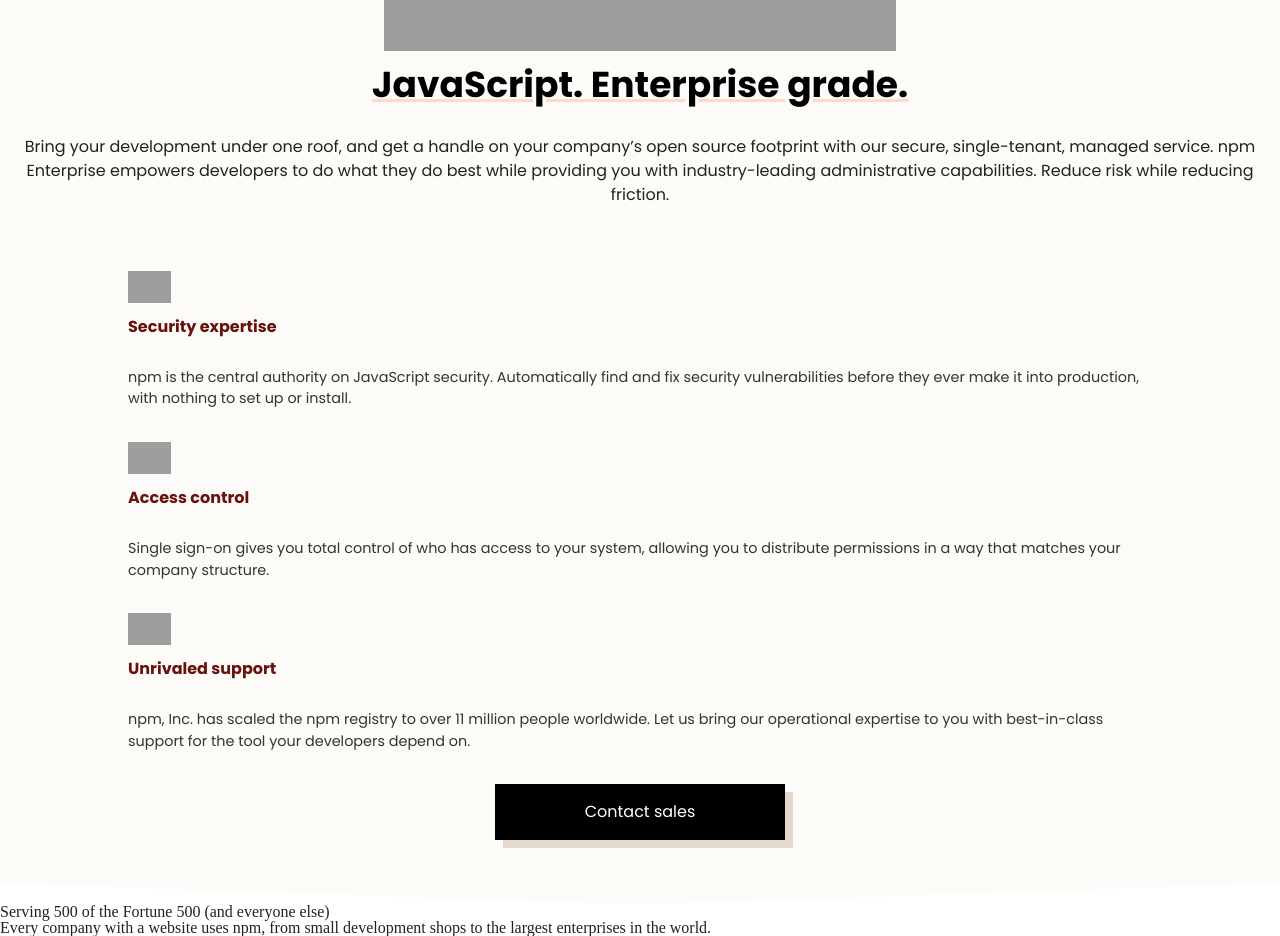
Repository: MarilynCuore/Ejercicico4
Page: index.html
The author's editor kept a copy of each file at every save. The page is drawn from the files as they stood at one save, then again after the next save.
The browser window is 1280 px wide. The pictures show the part of the page from y = 2885 to 3837 px (the page is 3821 px tall before and 3837 px after).
Pictures or frames that could not be fetched are drawn as grey boxes. Some web libraries are served in a nearby version. The style sheet was rebuilt from its Sass, Less or Tailwind sources for each picture, by a compiler version that may differ from the author's.

Above is the page before, as saved 2019-05-26 23:14:43.

### index.html
<!DOCTYPE html>
<html lang="en">

<head>
    <meta charset="UTF-8">
    <meta name="viewport" content="width=device-width, initial-scale=1.0">
    <meta http-equiv="X-UA-Compatible" content="ie=edge">
    <title>Document</title>
    <link rel="stylesheet" href="./styles/styles.css">
    <link rel="stylesheet" href="./styles/reset.css">
    <link rel="stylesheet" href="https://use.fontawesome.com/releases/v5.8.2/css/all.css"
        integrity="sha384-oS3vJWv+0UjzBfQzYUhtDYW+Pj2yciDJxpsK1OYPAYjqT085Qq/1cq5FLXAZQ7Ay" crossorigin="anonymous">
</head>

<body>
    <!-- Header -->
    <header>
        <!-- Gradient -->
        <div class="gradient"></div>
        <nav class="main-nav">
            <!-- Menu -->
            <div class="principal-nav">
                <ul>
                    <li>❤</li>
                    <li><a href="">NaN producing Misery</a></li>
                </ul>
                <ul>
                    <li><a href="">npm Enterprise</a></li>
                    <li><a href="">Products</a></li>
                    <li><a href="">Solutions</a></li>
                    <li><a href="">Resources</a></li>
                    <li><a href="">Docs</a></li>
                    <li><a href="">Support</a></li>
                </ul>
            </div>
            <!-- Menu 2-->
            <div class="second-nav">
                <div class="logo">
                    <a href="">
                        <img src="./src/npmlogo.png" alt="">
                    </a>
                </div>
                <div class="login">
                    <a>Join</a>
                    <a>Log in</a>
                </div>
                <div class="search">
                    <input type="text" placeholder="Search packages">
                    <button>Search</button>
                </div>
            </div>
        </nav>
    </header>

    <!-- Section 1 -->
    <section class="principal-section">
        <div class="content-principal-section">
            <h1>Build amazing things</h1>
            <span>Essential JavaScript development tools that help you go to market faster and build powerful
                applications
                using modern open source code.</span>
        </div>
        <div class="action-principal-section">
            <a href="">See plans</a>
            <a href="">Join for free</a>
        </div>
    </section>

    <!-- Section 2 -->
    <section class="second-section">
        <div class="bg-image"></div>
        <div class="text-conten-second-section">
            <h2>Bring the best of open source to your company</h2>
            <p>npm is the tool used by over 11,000,000 JavaScript developers around the world. Your developers already
                use it. Your company depends on it. Create an Org and get more out of the tools your team already knows
                and loves.</p>
        </div>
    </section>

    <!-- Section 3 -->
    <section class="third-section">
        <article>
            <img src="https://static.npmjs.com/attachments/cjsdu28lz00nmph74dpr1pju0-zero-configuration.svg" alt="">
            <h3>Zero configuration</h3>
            <p>Create an org, add your team, and start collaborating. Nothing to configure, set up, or manage.</p>
        </article>
        <article>
            <img src="https://static.npmjs.com/attachments/cjsdu28r921djsp74bnt4i9t5-team-management.svg" alt="">
            <h3>Team management</h3>
            <p>Control who has access to what modules within your team namespace using straightforward team management
                capabilities.</p>
        </article>
        <article>
            <img src="https://static.npmjs.com/attachments/cjsdu27ac21d4u674dz9uoaoq-feature-parity.svg" alt="">
            <h3>Familiar features</h3>
            <p>npm Orgs has 100% parity with all the public npm registry features your developers already use.</p>
        </article>
        <article>
            <img src="https://static.npmjs.com/attachments/cjsdu28xd21her174xt02voit-npm-audit.svg" alt="">
            <h3>npm audit</h3>
            <p>Enjoy the security auditing features built into the npm client, a zero-friction way to make open source
                software safer.</p>
        </article>
        <div class="actions">
            <a href="">Create an Org</a>
        </div>
    </section>

    <!-- Section 4 -->
    <section class="section-four">
        <h1>npm enterprise</h1>
        <span>
            You need to get quality products to market fast but you also need enterprise-grade security and compliance.
            Speed up development while also upgrading to the most advanced tooling in JavaScript, from the trusted
            authorities on JavaScript package management.
        </span>
        <div class="action">
            <a href="">
                Learn more
            </a>
        </div>
    </section>

    <!-- Section 5 -->
    <section class="section-five">
        <div class="section-five-image"></div>
        <h1>JavaScript. Enterprise grade.</h1>
        <p>
            Bring your development under one roof, and get a handle on your company’s open source footprint with our
            secure, single-tenant, managed service. npm Enterprise empowers developers to do what they do best while
            providing you with industry-leading administrative capabilities. Reduce risk while reducing friction.
        </p>
        <div class="wrapper-section-five">
            <article>
                <img src="https://static.npmjs.com/attachments/cjsdu296u21dqu674wpwkzma0-security.svg" alt="">
                <h3>Security expertise</h3>
                <p>
                    npm is the central authority on JavaScript security. Automatically find and fix security
                    vulnerabilities before they ever make it into production, with nothing to set up or install.
                </p>
            </article>
            <article>
                <img src="https://static.npmjs.com/attachments/cjsdu28j721dou6741qpg638f-manage-team.svg" alt="">
                <h3>Access control</h3>
                <p>
                    Single sign-on gives you total control of who has access to your system, allowing you to distribute
                    permissions in a way that matches your company structure.
                </p>
            </article>
            <article>
                <img src="https://static.npmjs.com/attachments/cjsdu27au21gwr1749d0zpjid-fully-managed.svg" alt="">
                <h3>Unrivaled support</h3>
                <p>
                    npm, Inc. has scaled the npm registry to over 11 million people worldwide. Let us bring our
                    operational expertise to you with best-in-class support for the tool your developers depend on.
                </p>
            </article>
            <div class="action-section-five">
                <a href="">Contact sales</a>
            </div>
        </div>
    </section>

    <!-- Section 6 -->
    <section class="section-six">
        <span>Serving 500 of the Fortune 500 (and everyone else)</span>
        <p>Every company with a website uses npm, from small development shops to the largest enterprises in the world.
        </p>

    </section>
</body>

</html>

### styles/styles.scss
/* Fonts */
@import url("https://fonts.googleapis.com/css?family=Poppins:500,700&display=swap");
@import url("https://fonts.googleapis.com/css?family=Inconsolata:400,700&display=swap");
@import url("https://fonts.googleapis.com/css?family=Poppins:300&display=swap");
@import url("https://fonts.googleapis.com/css?family=Poppins&display=swap");
/* Variable */

/* Fonts */
$font: "Inconsolata", monospace;
$font2: "Poppins", sans-serif;
/* Colors */
$pink: #fb3e44;
$dark-red: #68120e;
$lighter-grey: rgba(0, 0, 0, 0.05);
$grey: rgba(0, 0, 0, 0.7);
$grey-background: rgba(232, 217, 217, 0.3);
$yellow: rgba(255, 204, 53, 0.4);
$yellowTwo: #f1c131;

/* all Inputs */
::-webkit-input-placeholder {
  color: #555;
  font-family: $font;
  padding-left: 0.5rem;
}
::-moz-placeholder {
  color: #555;
  font-family: $font;
  padding-left: 0.5rem;
} /* firefox 19+ */
:-ms-input-placeholder {
  color: #555;
  font-family: $font;
  padding-left: 0.5rem;
} /* ie */
input:-moz-placeholder {
  color: #555;
  font-family: $font;
  padding-left: 0.5rem;
}
/* Mobile Version */
header {
  overflow: hidden;
  box-shadow: 0 4px 13px -3px rgba(0, 0, 0, 0.10196);
  /* Gradient */
  .gradient {
    width: 100vw;
    height: 5px;
    background: rgba(255, 134, 41, 1);
    background: -moz-linear-gradient(
      left,
      rgba(255, 134, 41, 1) 0%,
      rgba(255, 98, 26, 1) 20%,
      rgba(224, 59, 26, 1) 37%,
      rgba(214, 52, 29, 1) 46%,
      rgba(196, 41, 33, 1) 61%,
      rgba(201, 44, 122, 1) 79%,
      rgba(216, 54, 252, 1) 100%
    );
    background: -webkit-gradient(
      left top,
      right top,
      color-stop(0%, rgba(255, 134, 41, 1)),
      color-stop(20%, rgba(255, 98, 26, 1)),
      color-stop(37%, rgba(224, 59, 26, 1)),
      color-stop(46%, rgba(214, 52, 29, 1)),
      color-stop(61%, rgba(196, 41, 33, 1)),
      color-stop(79%, rgba(201, 44, 122, 1)),
      color-stop(100%, rgba(216, 54, 252, 1))
    );
    background: -webkit-linear-gradient(
      left,
      rgba(255, 134, 41, 1) 0%,
      rgba(255, 98, 26, 1) 20%,
      rgba(224, 59, 26, 1) 37%,
      rgba(214, 52, 29, 1) 46%,
      rgba(196, 41, 33, 1) 61%,
      rgba(201, 44, 122, 1) 79%,
      rgba(216, 54, 252, 1) 100%
    );
    background: -o-linear-gradient(
      left,
      rgba(255, 134, 41, 1) 0%,
      rgba(255, 98, 26, 1) 20%,
      rgba(224, 59, 26, 1) 37%,
      rgba(214, 52, 29, 1) 46%,
      rgba(196, 41, 33, 1) 61%,
      rgba(201, 44, 122, 1) 79%,
      rgba(216, 54, 252, 1) 100%
    );
    background: -ms-linear-gradient(
      left,
      rgba(255, 134, 41, 1) 0%,
      rgba(255, 98, 26, 1) 20%,
      rgba(224, 59, 26, 1) 37%,
      rgba(214, 52, 29, 1) 46%,
      rgba(196, 41, 33, 1) 61%,
      rgba(201, 44, 122, 1) 79%,
      rgba(216, 54, 252, 1) 100%
    );
    background: linear-gradient(
      to right,
      rgba(255, 134, 41, 1) 0%,
      rgba(255, 98, 26, 1) 20%,
      rgba(224, 59, 26, 1) 37%,
      rgba(214, 52, 29, 1) 46%,
      rgba(196, 41, 33, 1) 61%,
      rgba(201, 44, 122, 1) 79%,
      rgba(216, 54, 252, 1) 100%
    );
    filter: progid:DXImageTransform.Microsoft.gradient( startColorstr='#ff8629', endColorstr='#d836fc', GradientType=1 );
  }
}

/* Main Nav */
.main-nav {
  display: flex;
  flex-direction: column;
  justify-content: center;
  background-color: white;
  /* Top  Nav */
  .principal-nav {
    display: flex;
    width: 100%;
    padding-left: 0.5rem;
    justify-content: space-between;
    padding-top: 0.25rem;
    padding-bottom: 0.4rem;
    border-bottom: solid 0.2px #e0e0e0;
    ul {
      display: flex;
      &:first-child {
        display: none;
      }
      li {
        flex-grow: 1;
        padding-right: 0.5rem;
        display: block;
        a {
          text-decoration: none;
          color: black;
          font-family: $font;
          font-weight: 500;
          text-decoration: none;
          font-size: 0.8rem;
        }
      }
    }
  }

  /* Second  Nav */
  .second-nav {
    display: flex;
    flex-wrap: wrap;
    .logo {
      width: 50%;
      padding-bottom: 1rem;
      a {
        img {
          padding-left: 0.5rem;
          padding-top: 0.5rem;
          width: 80px;
        }
      }
    }
    .login {
      width: 50%;
      font-family: $font2;
      color: $grey;
      text-align: right;
      padding-top: 0.7rem;
      a {
        padding-left: 0.5rem;
        font-size: 0.8rem;
        &:nth-of-type(1) {
          border: 1px solid #9a9a9a;
          padding: 5px;
        }
        &:nth-of-type(2) {
          padding-right: 0.5rem;
        }
      }
    }
    .search {
      border-top: solid 0.2px #e0e0e0;
      padding-left: 0.5rem;
      padding-top: 0.5rem;
      padding-bottom: 0.5rem;
      width: 100%;
      input {
        background-color: $lighter-grey;
        border: none;
        width: calc(100% - 25%);
        height: 40px;
        box-sizing: border-box;
      }
      button {
        width: 23%;
        background-color: $pink;
        border: none;
        color: white;
        height: 40px;
        box-sizing: border-box;
        font-family: $font;
        font-size: 0.875rem;
        padding-bottom: 0px;
      }
    }
  }
}

/* Principal Section */
.principal-section {
  background-color: $grey-background;
  height: calc(100vh - 120px);
  display: flex;
  flex-direction: column;
  align-items: center;
  .content-principal-section {
    display: flex;
    flex-direction: column;
    height: 50%;
    justify-content: center;
    text-align: center;
    max-width: 95%;
    h1 {
      font-size: 2.25rem;
      font-family: $font2;
      font-weight: bold;
      padding-bottom: 1rem;
    }
    span {
      font-family: $font2;
      font-size: 1.25rem;
      font-weight: 300;
    }
  }
  .action-principal-section {
    display: flex;
    flex-direction: column;
    justify-content: center;
    a {
      padding: 20px;
      min-width: 250px;
      text-align: center;
      font-family: $font2;
      font-weight: bold;
      &:nth-of-type(1) {
        background-color: $pink;
        box-shadow: 8px 8px 0 rgba(251, 59, 73, 0.2);
        color: white;
        text-decoration: none;
        margin-bottom: 2rem;
      }
      &:nth-of-type(2) {
        background-color: white;
        text-decoration: none;
        color: black;
        height: 16px;
      }
    }
  }
}
/* Second Section */
.second-section {
  height: 100vh;
  .bg-image {
    height: 50vh;
    background-image: url("https://static.npmjs.com/attachments/cjsdu27d721czsp74i05n4iey-best-open.svg");
    background-repeat: no-repeat;
    background-size: 50%;
    background-position: center;
  }
  .text-conten-second-section {
    max-width: 95%;
    height: 50vh;
    text-align: center;
    h2 {
      text-decoration: underline;
      text-decoration-color: $yellow;
      font-family: $font;
      font-weight: bold;
      font-size: 2.25rem;
      padding-bottom: 2rem;
    }
    p {
      font-size: 1rem;
      line-height: 1.5;
      font-family: $font;
    }
  }
}

/* Third Section */
.third-section {
  margin: 0 auto;
  max-width: 80%;
  article {
    img {
      width: 32px;
    }
    h3 {
      font-size: 1rem;
      margin-top: 1rem;
      font-family: $font2;
      color: $pink;
      margin-bottom: 700;
      font-weight: bold;
      padding-bottom: 1.5rem;
    }
    p {
      color: #333;
      font-family: $font2;
      font-weight: 400;
      line-height: 1.5;
      font-size: 0.9rem;
      margin-bottom: 4rem;
    }
  }
  .actions {
    width: 100%;
    display: flex;
    justify-content: center;
    padding-bottom: 3.5rem;

    a {
      margin-top: 2rem;
      font-size: 1rem;
      color: white;
      background: black;
      min-width: 250px;
      font-family: $font2;
      font-weight: bold;
      text-decoration: none;
      padding: 20px;
      text-align: center;
      box-shadow: 8px 8px 0 rgba(128, 83, 35, 0.2);
    }
  }
}
.section-four {
  background: url(https://static.npm.red/attachments/cjsdqox9k0kgel1beo12x4x6e-line-final.full.png),
    radial-gradient(farthest-corner ellipse, #580f0b 22%, #120707 100%);
  min-height: 25rem;
  h1 {
    margin: 0 auto;
    max-width: 80%;
    font-size: 2.25rem;
    letter-spacing: 0.1em;
    font-weight: 600;
    color: $yellowTwo;
    font-family: $font;
    padding-top: 6rem;
  }
  span {
    margin: 0 auto;
    max-width: 80%;
    font-size: 1.25rem;
    line-height: 1.5;
    font-family: $font;
    color: $yellowTwo;
    font-family: $font;
    text-align: center;
    display: block;
    padding-top: 3rem;
  }
  .action {
    padding-top: 4rem;
    display: flex;
    justify-content: center;
    padding-bottom: 4rem;
    a {
      padding: 1.25rem;
      min-width: 15.625rem;
      text-align: center;
      color: black;
      text-decoration: none;
      background-color: $yellowTwo;
      box-shadow: 8px 8px 0 rgba(241, 193, 49, 0.2);
      font-family: $font;
      position: relative;
      &:after {
        font-family: "Font Awesome 5 Free";
        content: "\f105";
        display: inline-block;
        font-size: 1.25rem;
        color: black;
        padding-left: 0.62rem;
        position: absolute;
        font-weight: 900;
      }
    }
  }
}
.section-five {
  clip-path: polygon(0 0, 100% 0, 100% 98%, 50% 100%, 0 98%);
  background: #fdfbf7;
  .section-five-image {
    background-image: url("https://static.npmjs.com/attachments/cjsbzwq57u0jxtc74vglc8ff9-gak-only.full.png");
    background-repeat: no-repeat;
    background-size: 40%;
    background-position: center;
    height: 30vh;
  }
  h1 {
    text-decoration: underline;
    text-decoration-color: rgba(251, 82, 40, 0.2);
    font-size: 2.25rem;
    font-weight: 600;
    color: black;
    font-family: $font2;
    text-align: center;
    padding-bottom: 2rem;
    padding-top: 1rem;
  }
  p {
    line-height: 1.5;
    font-weight: 400;
    font-family: $font2;
    text-align: center;
    font-size: 1rem;
  }
  .wrapper-section-five {
    margin: 0 auto;
    max-width: 80%;
    padding-left: 1rem;
    padding-right: 1rem;
    padding-top: 4rem;
    padding-bottom: 4rem;
    article {
      &:nth-of-type(1) {
        img {
          padding-top: 0;
        }
      }
      img {
        height: 2rem;
        padding-top: 2rem;
      }
      h3 {
        margin-top: 1rem;
        margin-bottom: 2rem;
        font-weight: 700;
        color: $dark-red;
        font-family: $font2;
      }
      p {
        font-weight: 400;
        font-family: $font2;
        line-height: 1.5;
        font-size: 0.9rem;
        color: #333;
        text-align: left;
      }
    }
  }
  .action-section-five {
    display: flex;
    justify-content: center;
    padding-top: 2rem;
    a {
      padding: 1.25rem;
      min-width: 15.625rem;
      text-align: center;
      color: white;
      text-decoration: none;
      background-color: black;
      box-shadow: 8px 8px 0 rgba(128, 83, 35, 0.2);
      font-family: $font2;
    }
  }
}

/*Media Query*/
@media only screen and (min-width: 960px) {
  .principal-nav {
    ul {
      &:first-child {
        display: inline-block;
      }
    }
  }
  .principal-section {
    .action-principal-section {
      flex-direction: row;
      a {
        &:nth-of-type(1) {
          margin-right: 3rem;
        }
      }
    }
  }
}

Loaded but not shown: styles/reset.css (common file)

After the next save:
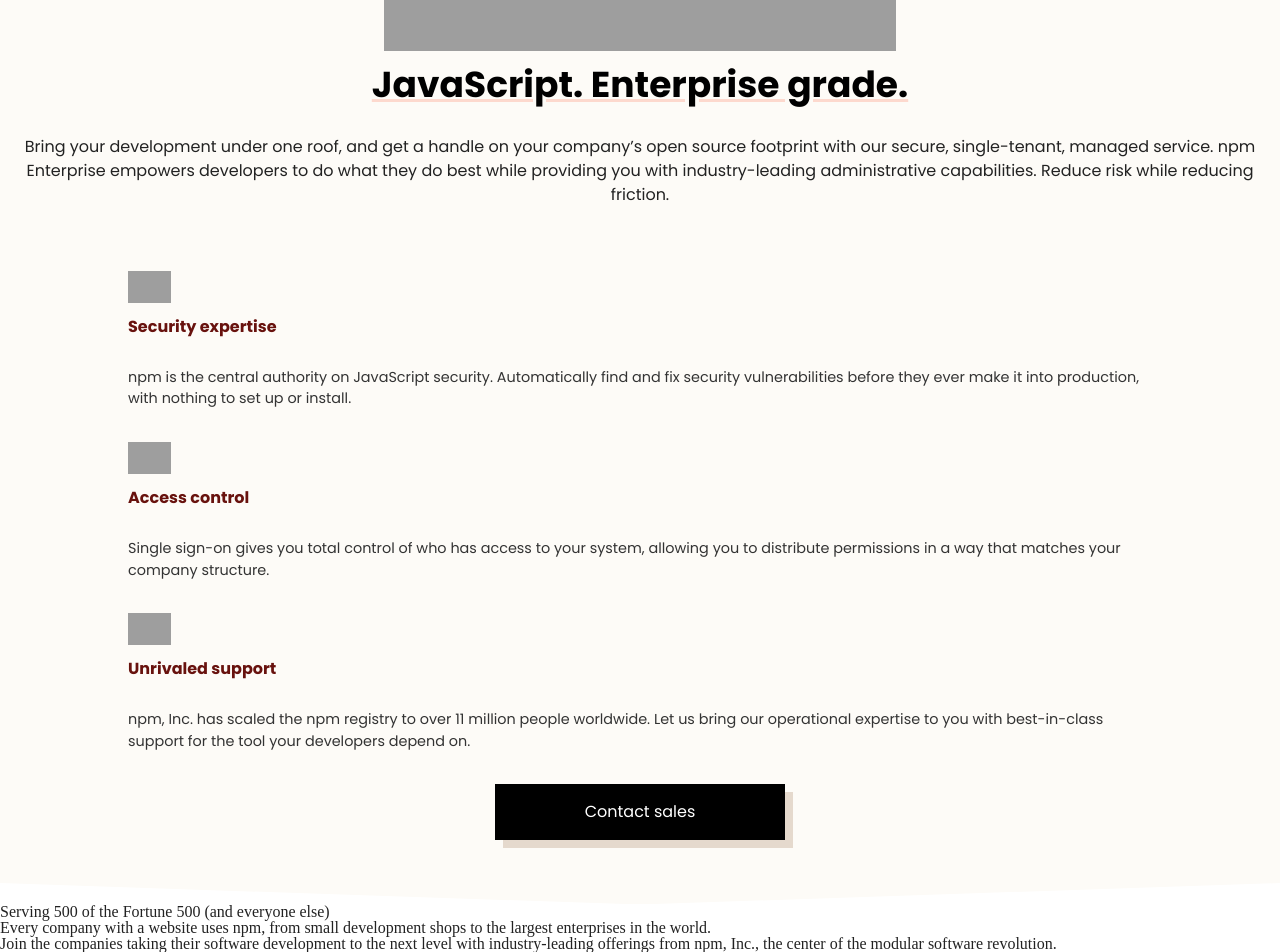
Saved 29 s later.
--- a/index.html
+++ b/index.html
@@ -166,6 +166,9 @@
         <span>Serving 500 of the Fortune 500 (and everyone else)</span>
         <p>Every company with a website uses npm, from small development shops to the largest enterprises in the world.
         </p>
+        <p>Join the companies taking their software development to the next level with industry-leading offerings from
+            npm, Inc., the center of the modular software revolution.
+        </p>
 
     </section>
 </body>
